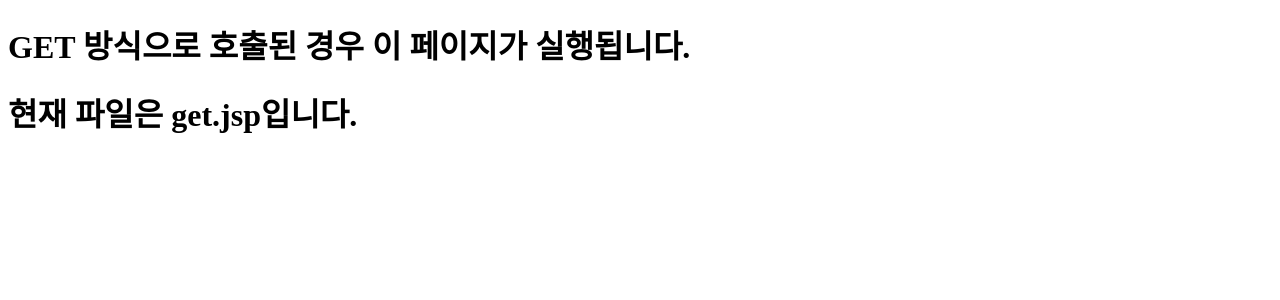
Repository: UnibusK/Java-Study
Page: http://localhost/JSP33/AAA
These files come from the project's save history. The page is drawn as it stood at one moment and after the next save; the edit follows.
The browser window is 1280 px wide. The pictures show the whole page.
The page is served by Tomcat 9.

Above is the page before, as saved 2023-12-08 06:33:37.

After the next save:
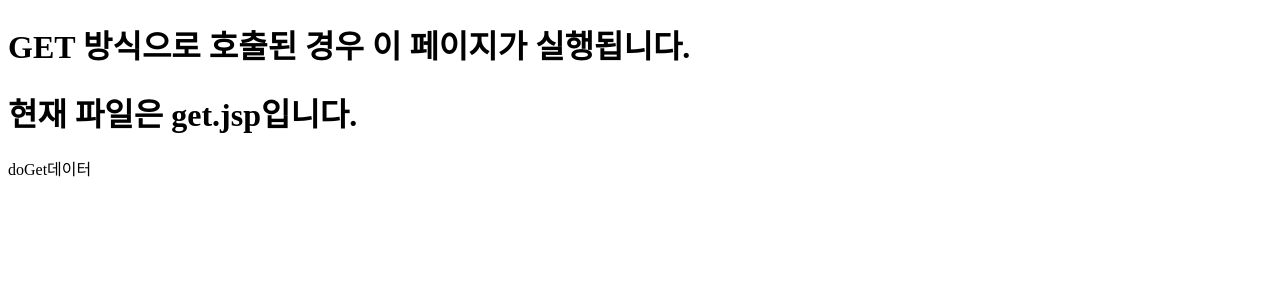
Saved 24 s later.
--- a/JSP/JSP33/src/main/webapp/get.jsp
+++ b/JSP/JSP33/src/main/webapp/get.jsp
@@ -9,5 +9,6 @@
 	<body>
 		<h1>GET 방식으로 호출된 경우 이 페이지가 실행됩니다.</h1>
 		<h1>현재 파일은 get.jsp입니다.</h1>
+		${data }
 	</body>
 </html>
